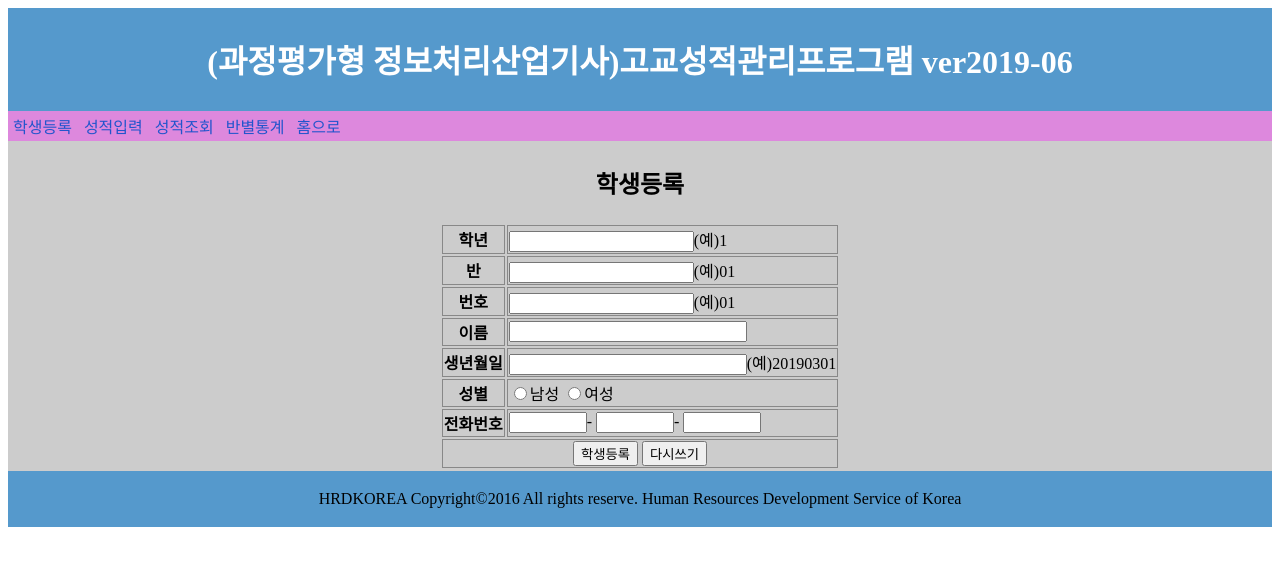
Repository: bolbbal/jdbc
Page: http://localhost/cbq_99/sub1.jsp
An editor plug-in stored every save of this project. The page is shown before and after the next save, followed by the edit.
The browser window is 1280 px wide. The pictures show the whole page.
The page is served by Tomcat 9. Other server files are loaded and not shown.

Above is the page before, as saved 2024-08-26 07:52:50.

### javastudy18/jspStudy/cbq_99/cbq_99/WebContent/sub1.jsp
<%@ page language="java" contentType="text/html; charset=UTF-8"
	pageEncoding="UTF-8"%>
<%@ page import="Model.*"%>
<%@ page import="java.sql.*"%>
<%@ page import="java.util.*"%>
<%@ page import="java.text.*"%>
<!DOCTYPE html>
<html>
<head>
<meta charset="UTF-8">
<title>고교성적관리</title>
<style>
header {
	background: #59c;
	padding: 1px;
}

h1 {
	color: #fff;
	text-align: center;
	padding: 6px
}

nav {
	background: #D8D;
	padding: 1px
}

a {
	text-decoration: none;
	color: #25C;
	display: inline-block;
	padding: 2px 4px;
}

section {
	padding: 1px;
	background: #CCC;
}

h2 {
	text-align: center;
	padding: 3px;
}

footer {
	background: #59c;
	padding: 1px;
}

footer p {
	text-align: center;
	padding: 2px;
}

tr, th, td {
	border-style: solid;
	border-width: 1px;
	border-color: #888;
}

table {
	margin: 0 auto;
}
</style>
<script type="text/javascript">
	function check() {
		if (my.syear.value == "") {
			alert("학년정보가 입력되지 않았습니다!");
			my.syear.focus();
			return false;
		}
		if (my.sclass.value == "") {
			alert("반정보가 입력되지 않았습니다!");
			my.sclass.focus();
			return false;
		}
		if (my.sno.value == "") {
			alert("번호정보가 입력되지 않았습니다!");
			my.sno.focus();
			return false;
		}
		if (my.sname.value == "") {
			alert("이름이 입력되지 않았습니다!");
			my.sname.focus();
			return false;
		}
		if (my.birth.value == "") {
			alert("생년월일이 입력되지 않았습니다!");
			my.birth.focus();
			return false;
		}
		if (my.gender.checked=="" && my.gender.checked=="") {
			alert("성별을 선택하세요!");
			my.gender[0].focus();
			return false;
		}
		/*
		var genders = document.getElementsByName("gender");
		if(!genders[0].checked && !genders[1].checked) {
			alert("성별선택");
			genders[0].focus();
			return false;
		}
		*/
		if (my.tel1.value == "") {
			alert("전화번호가 입력되지 않았습니다!");
			my.tel1.focus();
			return false;
		}
		if (my.tel2.value == "") {
			alert("전화번호가 입력되지 않았습니다!");
			my.tel2.focus();
			return false;
		}
		if (my.tel3.value == "") {
			alert("전화번호가 입력되지 않았습니다!");
			my.tel3.focus();
			return false;
		}
		alert("학생등록이 정상적으로 등록되었습니다");
		return true;

	}
</script>
</head>
<body>
	<header>
		<h1>(과정평가형 정보처리산업기사)고교성적관리프로그램 ver2019-06</h1>
	</header>
	<nav>
		<a href="sub1.jsp">학생등록</a>
		<a href="sub2.jsp">성적입력</a>
		<a href="sub3.jsp">성적조회</a>
		<a href="sub4.jsp">반별통계</a>
		<a href="index.jsp">홈으로</a>
	</nav>
	<section>
		<h2>학생등록</h2>
		<form name="my" method="post" action="sub1pro.jsp" onsubmit="return check()">
			<table>
				<tr>
					<th>학년</th>
					<td><input type="text" name="syear">(예)1</td>
				</tr>
				<tr>
					<th>반</th>
					<td><input type="text" name="sclass">(예)01</td>
				</tr>
				<tr>
					<th>번호</th>
					<td><input type="text" name="sno">(예)01</td>
				</tr>
				<tr>
					<th>이름</th>
					<td><input type="text" name="sname" style="width: 230px"></td>
				</tr>
				<tr>
					<th>생년월일</th>
					<td><input type="text" name="birth" style="width: 230px">(예)20190301</td>
				</tr>
				<tr>
					<th>성별</th>
					<td><input type="radio" name="gender" value="M">남성
						<input type="radio" name="gender" value="F">여성</td>
				</tr>
				<tr>
					<th>전화번호</th>
					<td><input type="text" name="tel1" style="width: 70px">-
						<input type="text" name="tel2" style="width: 70px">-
						<input type="text" name="tel3" style="width: 70px"></td>
				</tr>
				<tr>
					<td colspan="2" style="text-align: center;">
					<input type="submit" value="학생등록">
					<input type="reset" value="다시쓰기" onclick="alert('정보를 지우고 처음부터 다시 입력합니다!')"></td>
				</tr>
			</table>
		</form>
	</section>
	<footer>
		<p>HRDKOREA Copyright&copy;2016 All rights reserve. Human
			Resources Development Service of Korea</p>
	</footer>
</body>
</html>

After the next save:
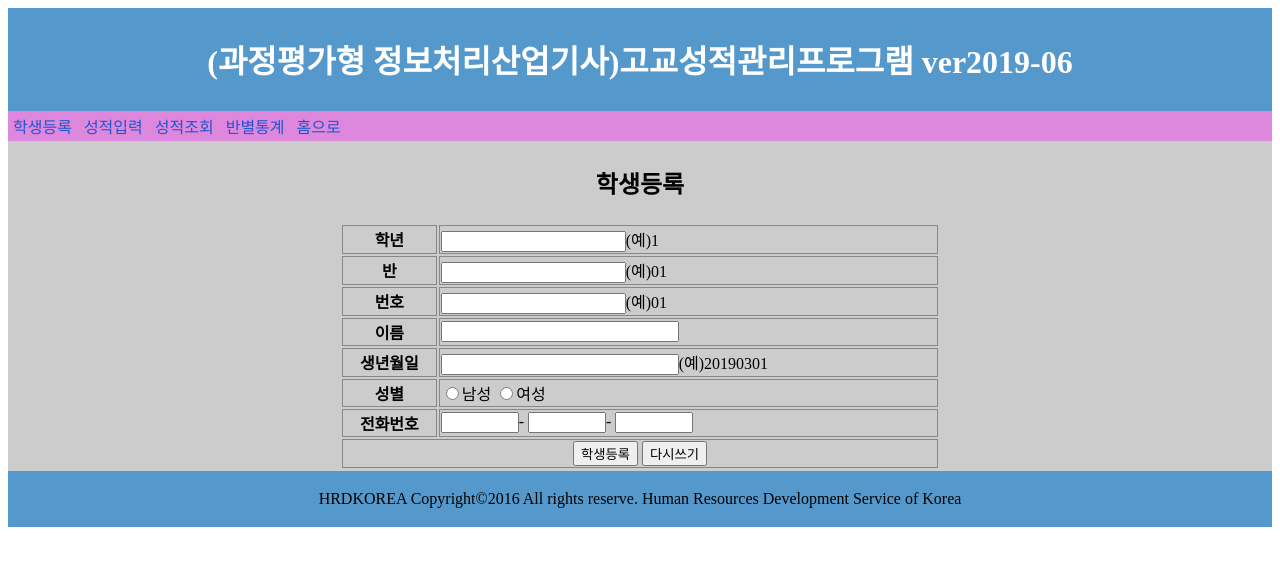
Saved 29 s later.
--- a/javastudy18/jspStudy/cbq_99/cbq_99/WebContent/sub1.jsp
+++ b/javastudy18/jspStudy/cbq_99/cbq_99/WebContent/sub1.jsp
@@ -61,6 +61,7 @@
 
 table {
 	margin: 0 auto;
+	width:600px;
 }
 </style>
 <script type="text/javascript">
